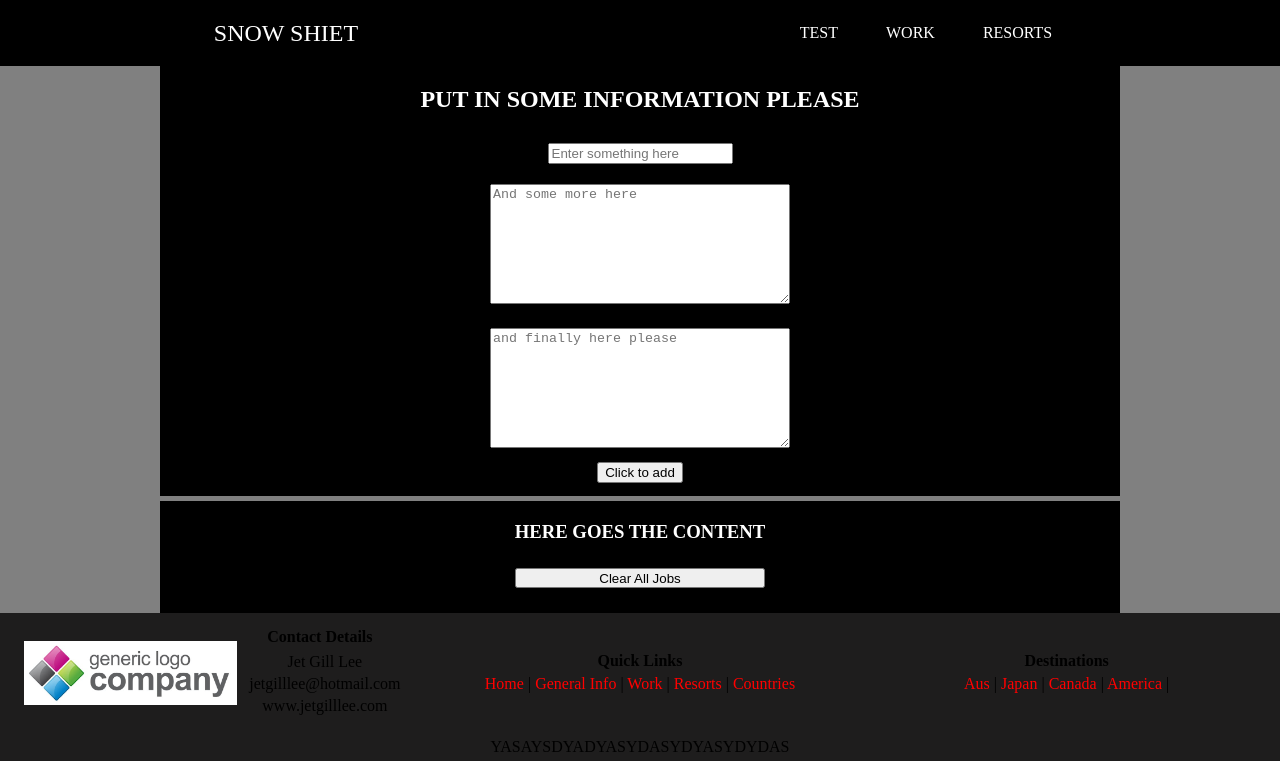
Repository: Jet-Gill-Lee/SnowSite
Page: submit-stuff.html
An editor plug-in stored every save of this project. The page is shown before and after the next save, followed by the edit.
The browser window is 1280 px wide. The pictures show the whole page.

Above is the page before, as saved 2021-07-24 23:22:56.

### submit-stuff.html
<!DOCTYPE html>
<html lang="en">
<head>
  <meta charset="UTF-8">
  <meta http-equiv="X-UA-Compatible" content="IE=edge">
  <meta name="viewport" content="width=device-width, initial-scale=1.0">
  <title>Document</title>
  <script src="submitScript.js" defer></script>
  <link rel="stylesheet" href="./css/submitStuff.css"></style>
  <link rel="stylesheet" href="./css/stylesheet.css">
</head>
<div class="navbar">
  <div class="brand-title"><a href='index.html'>SNOW SHIET</a></div>
    <a href='#' class='toggle-button'>
    <span class="bar"></span>
    <span class="bar"></span>
    <span class="bar"></span></a>
  <div class="navbar-links">
    <ul>
      <li><a href="submit-stuff.html">TEST</a></li>
      <li><a href="work-overview.html">WORK</a></li>
      <li><a href="resorts-overview.html">RESORTS</a></li>
    </ul>
  </div>
</div>

  <div class="form-container">
    <h2>PUT IN SOME INFORMATION PLEASE</h2>
    <div id='error'></div>
    <form id="addNewJob">
    <div class='form-box'>
      <!-- <label for="job-title"></label> -->
      <input type="text" id='job-title' placeholder="Enter something here">
    </div>
    <div class='form-box'>
      <!-- <label for="job-descrip"></label> -->
      <textarea id='job-descrip' placeholder="And some more here" style='width:300px;height:120px;'></textarea>
    </div>
    <div class='form-box'>
      <!-- <label for="job-benefits"></label> -->
      <textarea id='job-benefits' placeholder="and finally here please" style='width:300px;height:120px;'></textarea>
    </div>
    <div class="form-button">
      <button id='btn'>Click to add</button>
    </div>
    <div id="msg">
      <pre></pre>
    </div>
    </form>
    </div>
</div>
  <div class="section-header"><h3>HERE GOES THE CONTENT</h3></div>
  <div id="job-listings">
      <!-- JOB LISTING CONTENT GOES HERE -->
  </div>
  <div id='button-back'>
  <button id='btn2'>Clear All Jobs</button>
  </div>
  <div class="footer">
    <div class='footer-flex-container'>
      <div class="footer-flex-item contact">
        <img src="./image/generic-logo.jpg" alt="" srcset="" style='width:50%'>
        <div class="text-wrapper">
        <h4>Contact Details</h3>
        <p>Jet Gill Lee</p>
        <p>jetgilllee@hotmail.com
        </p>
        <p>www.jetgilllee.com</p>
        </div>
      </div>
      <div class="footer-flex-item flex-gen-links">
        <div class='link-wrapper'>
          <h4>Quick Links</h4>
        <a href="index.html">Home</a> <span> | </span>
        <a href="general-info.html">General Info</a><span> | </span>
        <a href="work-overview.html">Work</a><span> | </span>
        <a href="resorts-overview.html">Resorts</a><span> | </span>
        <a href="country-splash.html">Countries</a>
        </div>
      </div>
      <div class="footer-flex-item flex-links">
        <div class="link-wrapper">
            <h4>Destinations</h4>
          <a href="country.html">Aus</a> <span> | </span>
          <a href="country.html">Japan</a> <span> | </span>
          <a href="country.html">Canada</a> <span> | </span>
          <a href="country.html">America</a> <span> | </span>
        </div>
      </div>
    </div>
    <div class="copyright">YASAYSDYADYASYDASYDYASYDYDAS</div>
  </div>


</body>
</html>

### submitScript.js

let jobList = []
const addJob = (e) => {
  e.preventDefault()
  let newJob = {
    id: Date.now(),
    jobTitle: document.getElementById('job-title').value,
    jobDescrip: document.getElementById('job-descrip').value,
    jobBenefits: document.getElementById('job-benefits').value
  }
  if (newJob.jobTitle === '' || newJob.jobDescrip === '' || newJob.jobBenefits === ''){
    let error = document.getElementById('error');
    error.textContent = 'You must fill out all fields'
    return
  }
  document.querySelector('#addNewJob').reset();
  const jobInfo = newJob
  const { jobTitle, jobDescrip, jobBenefits } = jobInfo
  const newJobBox = document.createElement('div');
  newJobBox.classList.add('job-box')
  const jobBoxContent = `
                        <div class='job-box-column job-box-title'><h4>Title</h4><span>${jobTitle}</span></div>
                        <div class='job-box-column job-box-content'><h5>Header</h5><span>${jobDescrip}</span></div>
                        <div class='job-box-column job-box-content'><h5>Second Header</h5><span>${jobBenefits}</span></div>
                        `

  // const newContent = document.createTextNode(`Job Title: ${jobTitle} - Job Description: ${jobDescrip} - Job Benefits: ${jobBenefits}`)
  newJobBox.innerHTML = jobBoxContent
  const jobListings = document.getElementById('job-listings')
  jobListings.append(newJobBox)
  // newDiv.append(newContent);
  // const currentDiv = document.getElementById('job-listings')
  // currentDiv.append(newDiv)
  localStorage.setItem('JobList', jobListings.innerHTML)
  }
//   let pre = document.querySelector('.job-listings div');
//   pre.textContent = '\n' + JSON.stringify(jobList, '\t', 2);
// }

const clearJobs = (e) => {
  e.preventDefault();
  var jobList = document.getElementById('job-listings')
  while (jobList.firstChild){
    jobList.firstChild.remove()
  }
  localStorage.removeItem('JobList')
}
document.addEventListener('DOMContentLoaded', () => {
  document.getElementById('btn').addEventListener('click', addJob)
  document.getElementById('btn2').addEventListener('click', clearJobs)
});
//should it be done like this? not sure how it'll
document.body.onload = getSavedJobs;
function getSavedJobs() {
  const savedJobs = localStorage.getItem('JobList')
  if (!savedJobs){
    console.log('no local storage')
  } else {
    const jobList = document.getElementById('job-listings')
    jobList.innerHTML = savedJobs;
    console.log('get local storage')
  }
}

### css/submitStuff.css

* {
  box-sizing: border-box;
}
body {
  background-color: grey;
}
.form-container {
  width: 75%;
  min-width: 380px;
  min-height: 20vh;
  background-color: black;
  display: flex;
  flex-direction: column;
  justify-content: center;
  align-items: center;
  margin: auto;
  color: white;
  text-align: center;
}

#addNewJob {
  display:flex;
  flex-direction: column;
  align-items: center;
  justify-content: start;
}
#error {
  color: white;

}
.form-box {
  padding: 10px;
}
#btn {

  margin: auto;
}
#job-listings {
  display:flex;
  width:75%;
  min-width: 380px;
  background-color: black;
  color: white;
  margin:auto;
  justify-content: flex-start;
  flex-direction: column;
  text-align: center;
  min-width: 380px;

}
.job-box {
  display: flex;
  justify-content: space-around;
  margin-left: 30px;
  margin-right: 30px;
  margin-bottom: 30px;
  margin: none;
  flex-wrap: wrap;
}
.job-box-column {
  display:flex;
  flex-direction: column;
  align-items: center;
  border: 1px solid white;
  flex: 2;
  text-align: center;
  padding: 10px;
}
.job-box-title {
  flex: 1;
}
.job-box-title h4 {
  margin-top: 5%;
  margin-bottom: 5%;
}
.job-box-content{
  min-width: 300px;
}
.job-box-content h5 {
  margin-top: 4%;
}


#btn2 {
 width: 250px;
 height: 20px;
 display:block;
 margin:auto;
}
.section-header{
  width:75%;
  background-color: black;
  color: white;
  margin:auto;
  padding: 25px;
  text-align: center;
  padding-top: 20px;
  min-width: 380px;
  margin-top: 5px;

}
.section-header h3{
  padding-top: 0px;
  margin:0;
}
#button-back{
  width:75%;
  background-color: black;
  margin:auto;
  padding-bottom: 25px;
  min-width: 380px;

}

### css/stylesheet.css
body {
  margin:0;
  padding:0;
}
* {
  box-sizing: border-box;
}
.hero {
  background: url('../image/background-desktop.jpg');
  background-repeat: no-repeat;
  background-size: cover;
  background-position: 50% 0;
  height: 100vh;
}
.navbar {
  display: flex;
  background-color: rgba(0, 0, 0);
  justify-content: space-around;
  align-items: center;
  box-sizing: unset;
}
.brand-title {
  font-size: 1.5rem;
  height: 100%;
}
.brand-title a{
  color: white;
  text-decoration: none;
  padding: 10px;
  display:block;
}
.navbar-links {
  height: 100%;
  align-items: center;
  justify-content: space-around;
}
.navbar-links ul{
  display: flex;
  list-style: none;
  padding: 0;
}
.navbar-links li a {
  padding: 0.5rem 1.5rem;
  text-decoration: none;
  display:block;
  color:white;
}
.navbar-links ul li a:hover {
  background-color: rgba(255, 255, 255, 0.178);
}

.toggle-button {
  display: none;
  flex-direction: column;
  justify-content: space-between;
  width: 30px;
  height: 20px;
  position: absolute;
  top: 1rem;
  right: 1.5rem;
}
.toggle-button .bar {
  width: 100%;
  height: 3px;
  background-color: white;
  border-radius: 10px;
}
.hero-content {
  margin-left: 20%;
  padding-top: 12vh;
}
.hero-text {
  width:45%;
  font-size: 3rem;
  display:none;
}
.hero-text.active {
  display: block;
}
.footer-flex-container {
  display: flex;
  flex-wrap: wrap;
  justify-content: space-around;
}
.footer {
  background-color: rgba(14, 13, 13, 0.863);
}
.footer-flex-item {
  min-width: 300px;
  width: 33.3%;
  display:flex;
  align-items: center;
  justify-content: center;
  min-height: 120px;
  text-align: center;
}
.footer-flex-item.contact {

}
.footer-flex-item a{
  text-decoration: none;
  color:red;
}
.footer-flex-item a:visited{
  text-decoration: none;
  color: red;
}
.footer-flex-item p {
  padding: 2px;
  margin-bottom: 0;
  margin-top: 0;
  margin-left: 10px;
}
.footer-flex-item h4 {
  margin-top: 0;
  margin-bottom: 5px;
}
.copyright {
  text-align: center;
  width: 100%;
  padding: 5px;

}

@media (max-width: 600px) {
  .hero {
    height: 70vh;
  }
  .navbar-links {
    display:none;
    width: 100%;
  }
  .toggle-button {
    display: flex;
  }
  .hero-content {
    padding-top: 6vh;
  }
  .hero-text {
    position: absolute;
    top: 100px;
    z-index: 1;
  }
  .brand-title {
    padding-left: 20px;
  }
  .navbar {
    flex-direction: column;
    align-items: flex-start;
  }
  .navbar-links ul {
    flex-direction: column;
    align-items: center;
    width: 100%;
  }
  .navbar-links ul li {
    width: 100%;
    text-align: center;
  }
  .navbar-links.active {
    display: flex;
    z-index: 10;
  }
}
@media (max-width: 400px) {
 .hero {
   height: 50vh;
 }
 .hero-content {
   margin: 20px;
 }
 .hero-text {
   padding-top: 10px;
   top: 50px;
   width: 80%;
   word-wrap: break-word;
 }
}

After the next save:
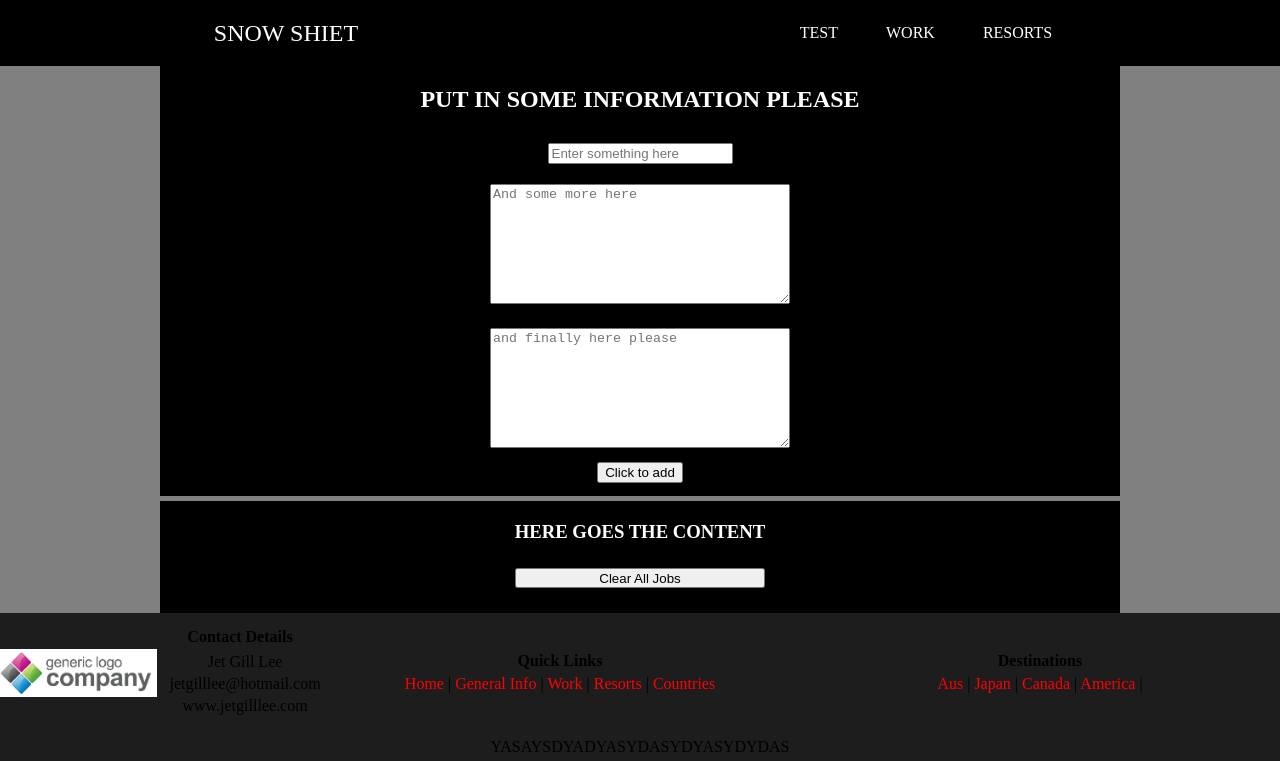
Saved 4 min 2 s later.
--- a/css/stylesheet.css
+++ b/css/stylesheet.css
@@ -93,9 +93,10 @@ body {
   justify-content: center;
   min-height: 120px;
   text-align: center;
+  flex: 1.5;
 }
 .footer-flex-item.contact {
-
+  flex: 1;
 }
 .footer-flex-item a{
   text-decoration: none;
